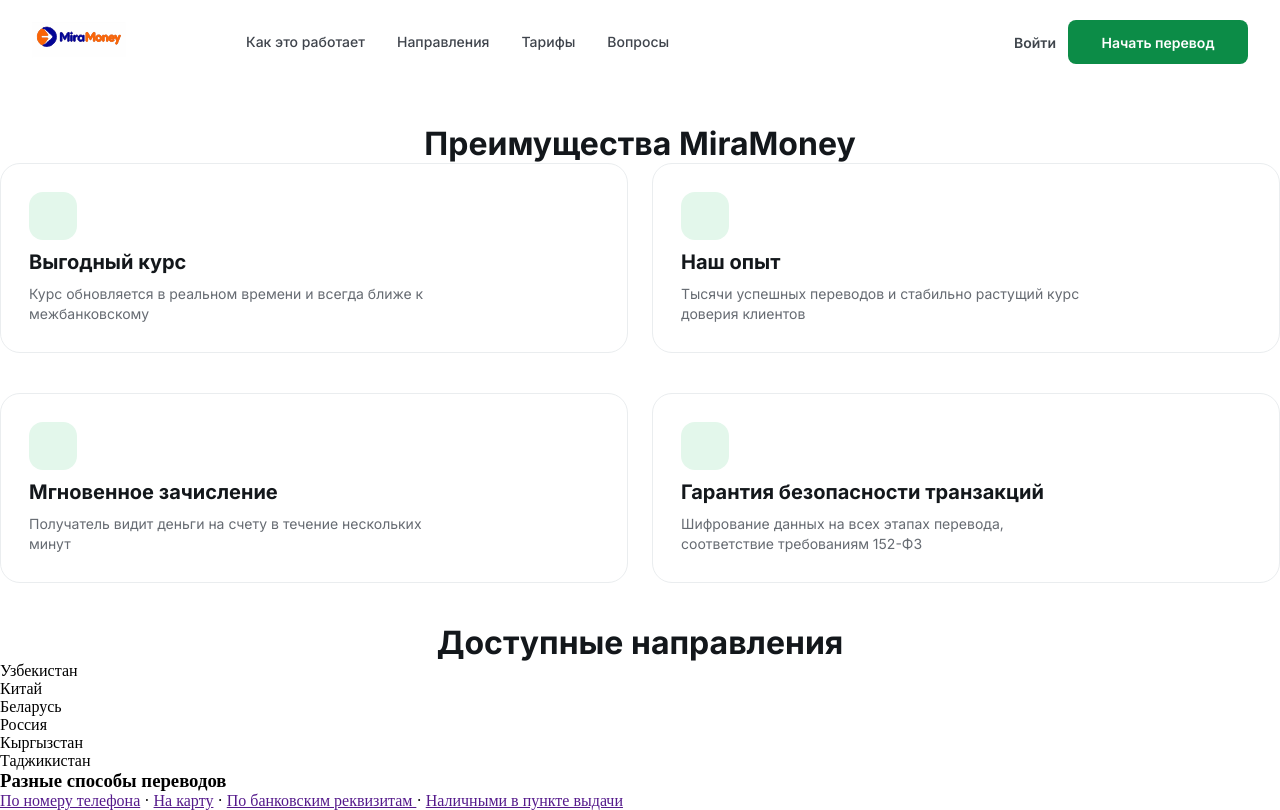
Repository: Shaiyr1/mira-money
Page: index.html
These files come from the project's save history. The page is drawn as it stood at one moment and after the next save; the edit follows.
The browser window is 1280 px wide. The pictures show the whole page.

Above is the page before, as saved 2026-10-20 16:49:41.

### index.html
<!DOCTYPE html>
<html lang="en">
<head>
    <meta charset="UTF-8">
    <meta http-equiv="X-UA-Compatible" content="IE=edge">
    <meta name="viewport" content="width=device-width, initial-scale=1.0">
    <link rel="stylesheet" href="/src/css/style.css">
    <title>Document</title>
</head>
<body>
    <header class="header">
        <nav class="header-nav">
            <a class="header-nav__link" href="">
                <img class="header-nav__link-logo" src="./src/img/logo.svg" alt="logo">
            </a>
            <ul class="header-nav__ul">
                <li class="header-nav__li">
                    <a class="header-nav__li-link" href="">Как это работает</a>
                </li>
                <li class="header-nav__li">
                    <a class="header-nav__li-link" href="">Направления</a>
                </li>
                <li class="header-nav__li">
                    <a class="header-nav__li-link" href="">Тарифы</a>
                </li>
                <li class="header-nav__li">
                    <a class="header-nav__li-link" href="">Вопросы</a>
                </li>
            </ul>
            <div class="header-nav__sign">
                <a class="header-nav__sign-link" href="">Войти</a>
                <button class="header-nav__sign-btn">Начать перевод</button>
            </div>
        </nav>
    </header>
    <main class="main">
        <section class="home">
            <div class="container">

            </div>
        </section>
        <section class="advantages">
            <div class="container">
                <h2 class="advantages__title">
                    Преимущества MiraMoney
                </h2>
                <div class="advantages-blocks">
                    <div class="advantages-block">
                        <img class="advantages-block__icon" src="./src/img/icon.svg" alt="icon">
                        <h5 class="advantages-block__title">Выгодный курс</h5>
                        <p class="advantages-block__subtitle">Курс обновляется в реальном времени и всегда ближе к межбанковскому</p>
                    </div>
                    <div class="advantages-block">
                        <img class="advantages-block__icon" src="./src/img/icon.svg" alt="icon">
                        <h5 class="advantages-block__title">Наш опыт</h5>
                        <p class="advantages-block__subtitle">Тысячи успешных переводов и стабильно растущий курс доверия клиентов</p>
                    </div>
                </div>
                <div class="advantages-blocks">
                    <div class="advantages-block">
                        <img class="advantages-block__icon" src="./src/img/icon.svg" alt="icon">
                        <h5 class="advantages-block__title">Мгновенное зачисление</h5>
                        <p class="advantages-block__subtitle">Получатель видит деньги на счету в течение нескольких минут</p>
                    </div>
                    <div class="advantages-block">
                        <img class="advantages-block__icon" src="./src/img/icon.svg" alt="icon">
                        <h5 class="advantages-block__title">Гарантия безопасности транзакций</h5>
                        <p class="advantages-block__subtitle">Шифрование данных на всех этапах перевода, соответствие требованиям 152-ФЗ</p>
                    </div>
                </div>
            </div>
        </section>
        <section class="description">
            <div class="container">
                <h2 class="description__title">Доступные направления</h2>
                <div class="description-items">
                    <div class="description-item">
                        <p class="description-item__country">Узбекистан</p>
                    </div>
                    <div class="description-item">
                        <p class="description-item__country">Китай</p>
                    </div>
                    <div class="description-item">
                        <p class="description-item__country">Беларусь</p>
                    </div>
                    <div class="description-item">
                        <p class="description-item__country">Россия</p>
                    </div>
                    <div class="description-item">
                        <p class="description-item__country">Кыргызстан</p>
                    </div>
                    <div class="description-item">
                        <p class="description-item__country">Таджикистан</p>
                    </div>
                </div>
                <div class="description__ways">
                    <h3 class="description__ways-title">Разные способы переводов</h3>
                    <p class="description__ways-subtitle"><a href=""> По номеру телефона</a>  ·  <a href="">На карту</a>  ·  <a href="">По банковским реквизитам </a>  ·  <a href="">Наличными в пункте выдачи</a> </p>
                </div>
            </div>
        </section>
    </main>
</body>
</html>

### src/css/style.css
@import url('https://fonts.googleapis.com/css2?family=Inter:ital,opsz,wght@0,14..32,100..900;1,14..32,100..900&display=swap');

* {
    margin: 0;
    padding: 0;
    box-sizing: border-box;
}

.container {
    width: 1280px;
    margin: 0 auto;
}

.header {}

.header-nav {
    width: 95%;
    height: 84px;
    margin: 0 auto;
    display: flex;
    align-items: center;
}

.header-nav__link {}

.header-nav__link-logo {}

.header-nav__ul {
    margin-left: 120px;
    display: flex;
    align-items: center;
    gap: 32px;
}

.header-nav__li {
    list-style-type: none;
}

.header-nav__li-link {
    text-decoration: none;
    color: #3f444c;
    font-size: 14px;
    font-family: Inter;
    font-weight: 500;
    transition: 0.4s;
}

.header-nav__li-link:hover {
    color: #0c8c47;
    transition: 0.4s;
    font-size: 14.5px;
}

.header-nav__sign {
    margin-left: auto;
    display: flex;
    align-items: center;
    gap: 12px;
}

.header-nav__sign-link {
    text-decoration: none;
    color: #3f454c;
    font-size: 14px;
    font-family: Inter;
    font-weight: 600;
    transition: 0.4s;
}

.header-nav__sign-link:hover {
    color: #0c8c47;
    transition: 0.4s;
    font-size: 14.5px;

}

.header-nav__sign-btn {
    background-color: #0c8c47;
    width: 180px;
    height: 44px;
    border-radius: 8px;
    color: #ffffff;
    font-size: 14px;
    font-family: Inter;
    font-weight: 600;
    border: none;
    cursor: pointer;
    transition: 0.4s;
}

.header-nav__sign-btn:hover {
    background-color: rgb(0, 96, 0);
    transition: 0.4s;
}



.advantages {
    padding-top: 40px;
}

.advantages__title {
    color: #13171b;
    text-align: center;
    font-size: 32px;
    font-family: Inter;
    font-weight: 700;
}

.advantages-blocks {
    width: 100%;
    display: flex;
    align-items: center;
    gap: 24px;
    margin-bottom: 40px;
}

.advantages-block {
    width: 50%;
    border: 1px solid #eaedef;
    border-radius: 20px;
    padding: 28px;
    display: flex;
    flex-direction: column;
    align-items: flex-start;
    gap: 10px;
}

.advantages-block__icon {}

.advantages-block__title {
    color: #13171b;
    font-size: 20px;
    font-family: Inter;
    font-weight: 700;

}

.advantages-block__subtitle {
    width: 400px;
    color: #666b72;
    text-align: left;
    font-size: 14px;
    font-family: Inter;
    line-height: 20px;
}




.description {}

.description__title {
    color: #13171b;
    text-align: center;
    font-size: 32px;
    font-family: Inter;
    font-weight: 700;
}

.description-items {
    padding-bottom: 80px 0;
}

.description-item {}

.description-item__country {}

.description__ways {}

.description__ways-title {}

.description__ways-subtitle {}

After the next save:
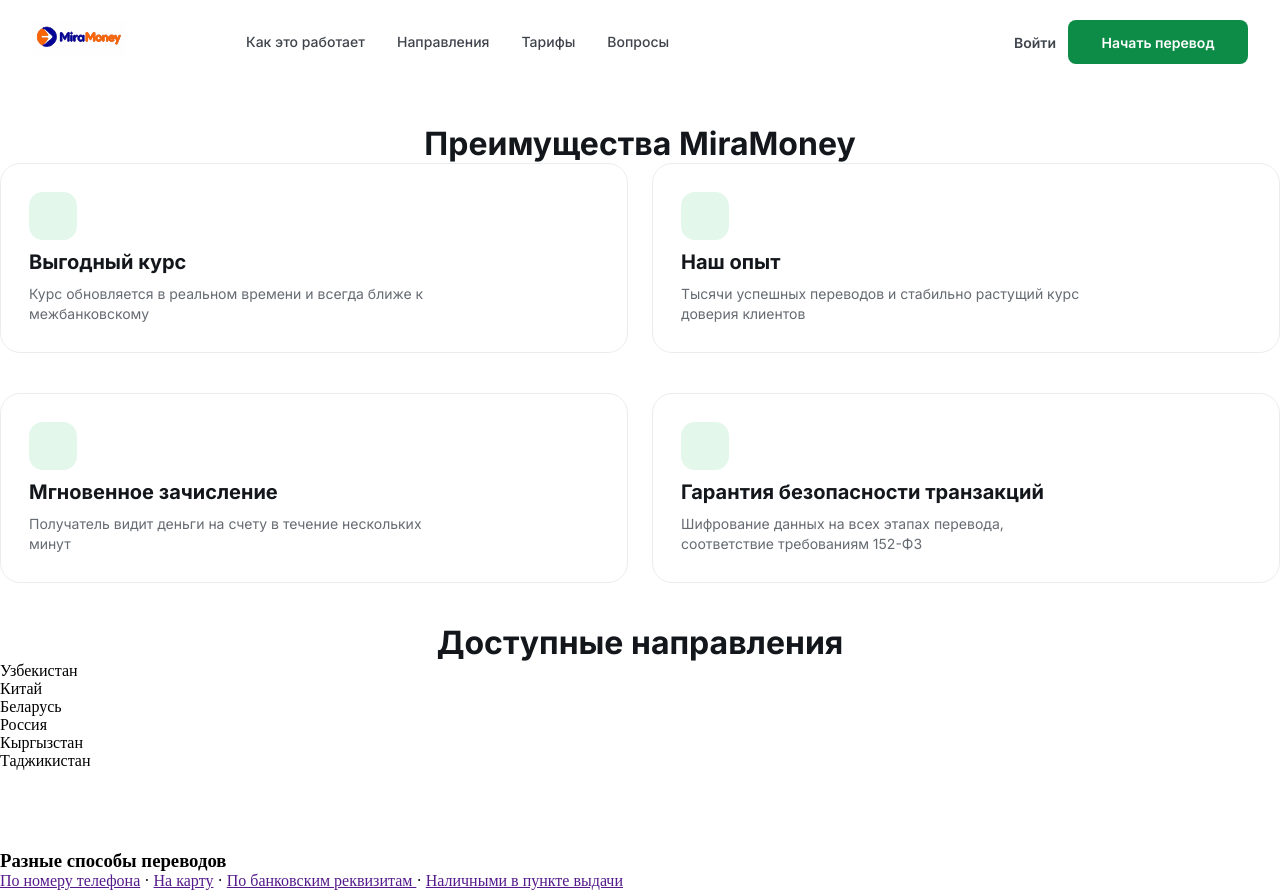
Saved 4 s later.
--- a/src/css/style.css
+++ b/src/css/style.css
@@ -159,7 +159,8 @@
 }
 
 .description-items {
-    padding-bottom: 80px 0;
+    padding-bottom: 80px;
+
 }
 
 .description-item {}
